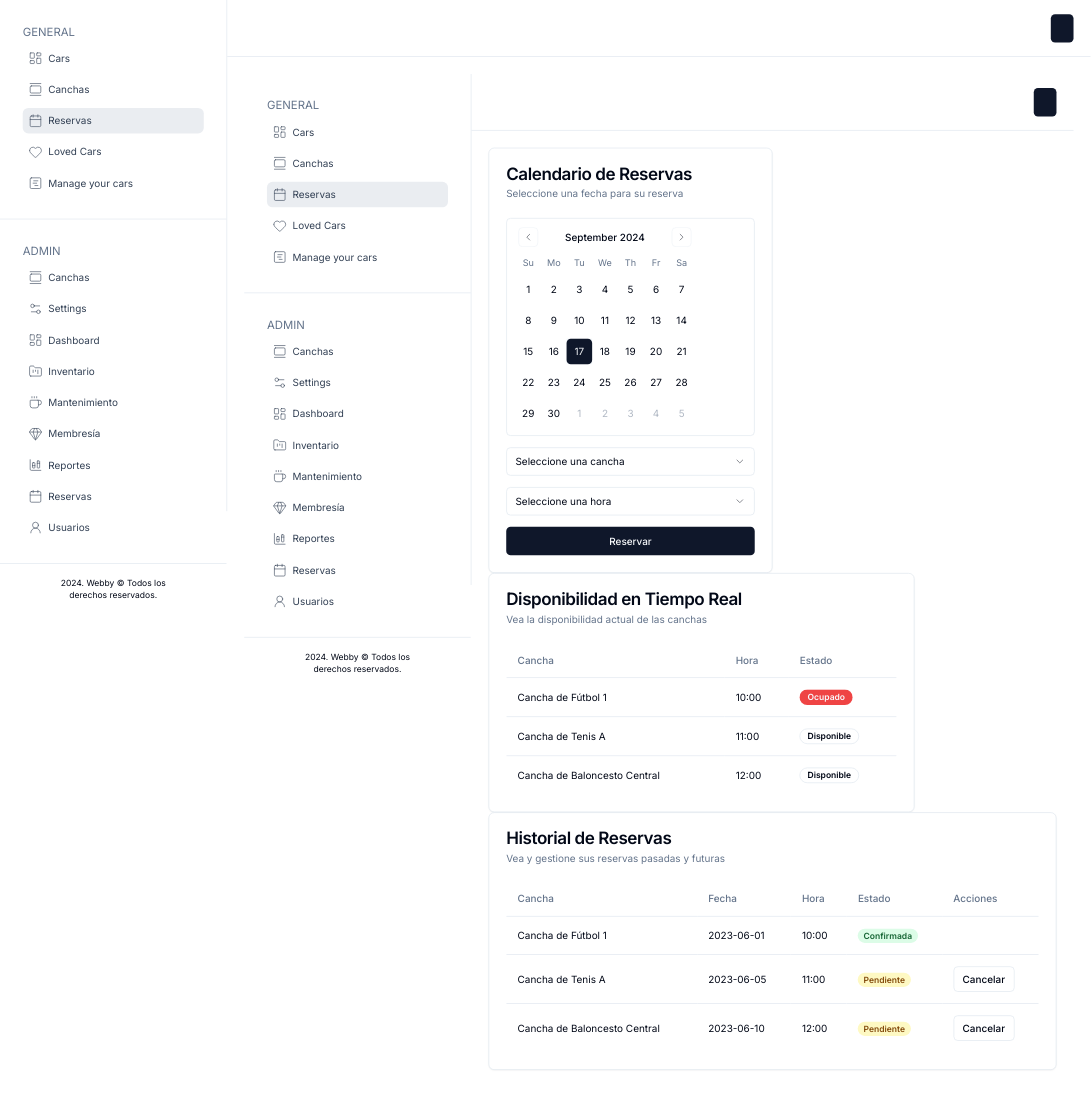
Repository: Jackson-sch/cdeporte
Page: /reservas
The author's editor kept a copy of each file at every save. The page is drawn from the files as they stood at one save, then again after a run of saves.
The browser window is 1280 px wide. The page is 1536 px wide, so the pictures cover 1536 px, including what lies to the right of the window. The pictures show the whole page, at 71% of full size.
The project was rebuilt for these pictures with package versions that can differ from the ones it lists, and the page was loaded fresh each time. The framework's server and built-in components were replaced by stand-ins that run in the browser. Also part of the build but not shown: next.config.mjs, src/components/ui/label.jsx, src/components/ui/input.jsx, src/components/Reservas/HistorialReserva.jsx.

Above is the page before, as saved 2024-09-17 19:58:14.

After the next 5 saves:
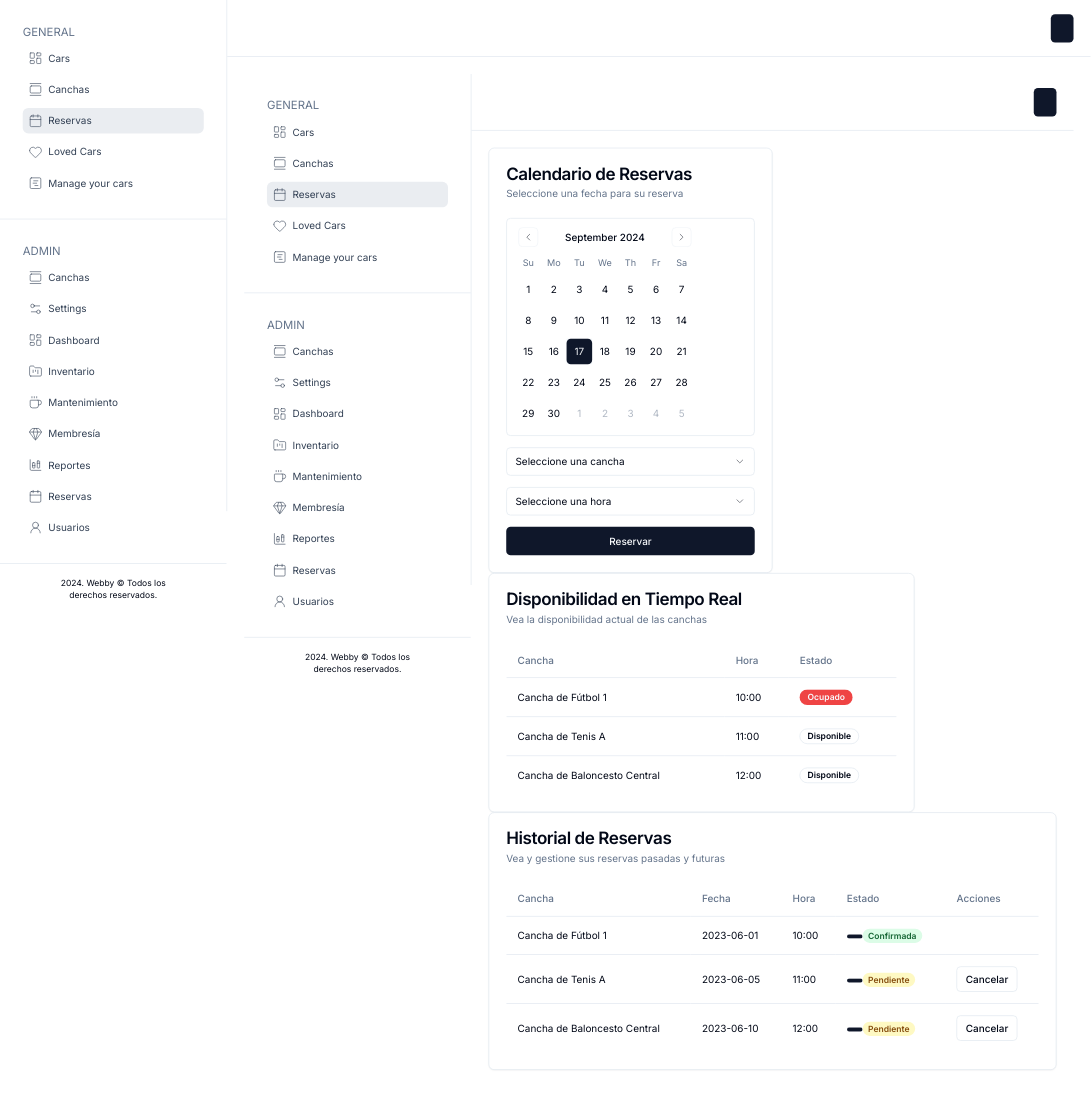
The 5 saves are shown as one change because 1 did not build or start and some came seconds apart.
The last was saved 13 s later.
--- a/src/components/Reservas/ReservationHistory.jsx
+++ b/src/components/Reservas/ReservationHistory.jsx
@@ -25,6 +25,7 @@ import {
   DialogDescription,
   DialogFooter,
 } from "@/components/ui/dialog";
+import { Badge } from "../ui/badge";
 
 export default function ReservationHistory() {
   const [reservations, setReservations] = useState([
@@ -89,6 +90,9 @@ export default function ReservationHistory() {
                 <TableCell>{reservation.date}</TableCell>
                 <TableCell>{reservation.time}</TableCell>
                 <TableCell>
+                  <Badge>
+
+                  </Badge>
                   <span
                     className={`px-2 inline-flex text-xs leading-5 font-semibold rounded-full
                     ${
